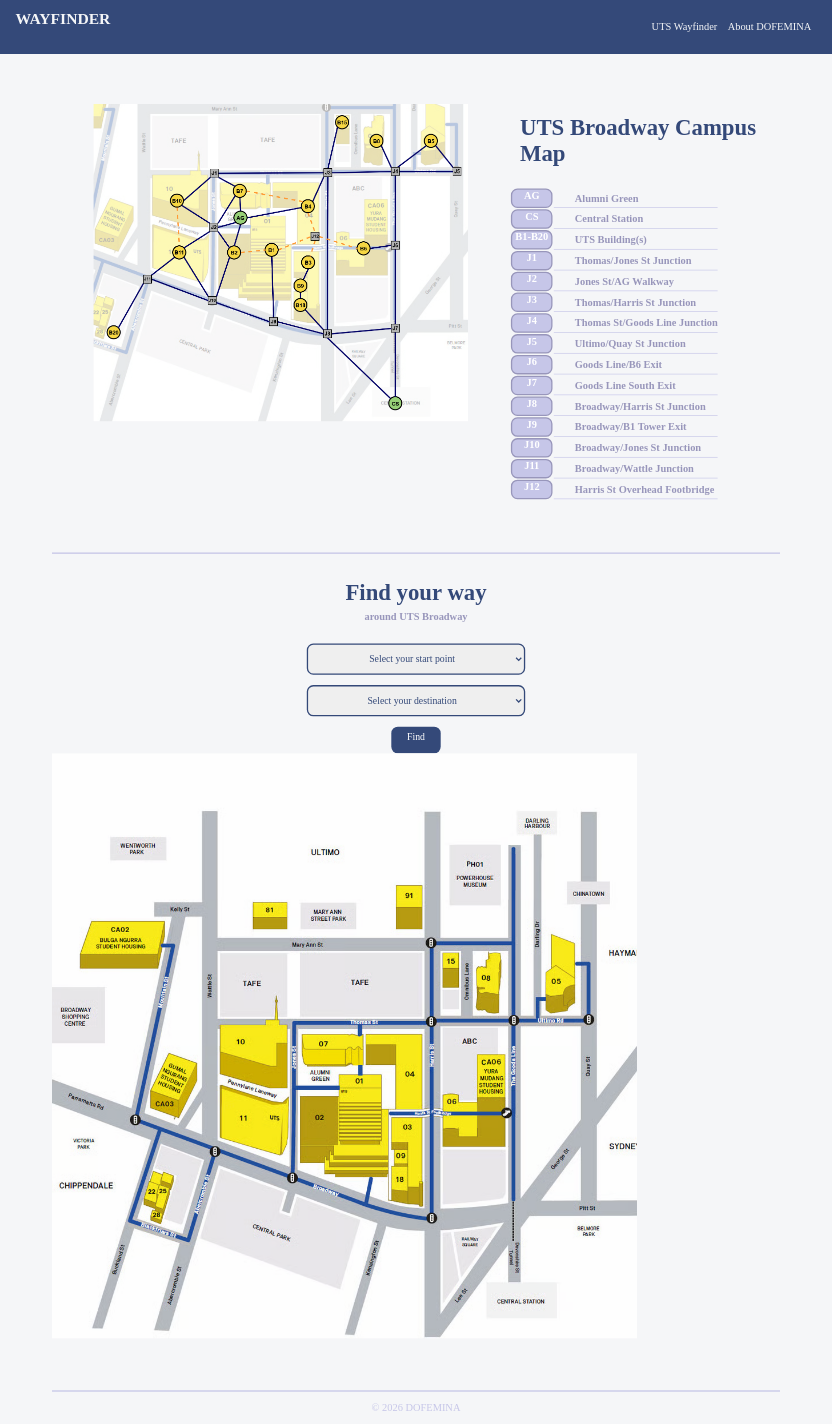
Repository: Meerab-K/uts-wayfinder
Page: html/index.html
The author's editor kept a copy of each file at every save. The page is drawn from the files as they stood at one save, then again after the next save.
The browser window is 1280 px wide. The pictures show the whole page, at 65% of full size.
Some web fonts or font styles are not loaded; a fallback is used.

Above is the page before, as saved 2026-10-19 18:48:02.

After the next save:
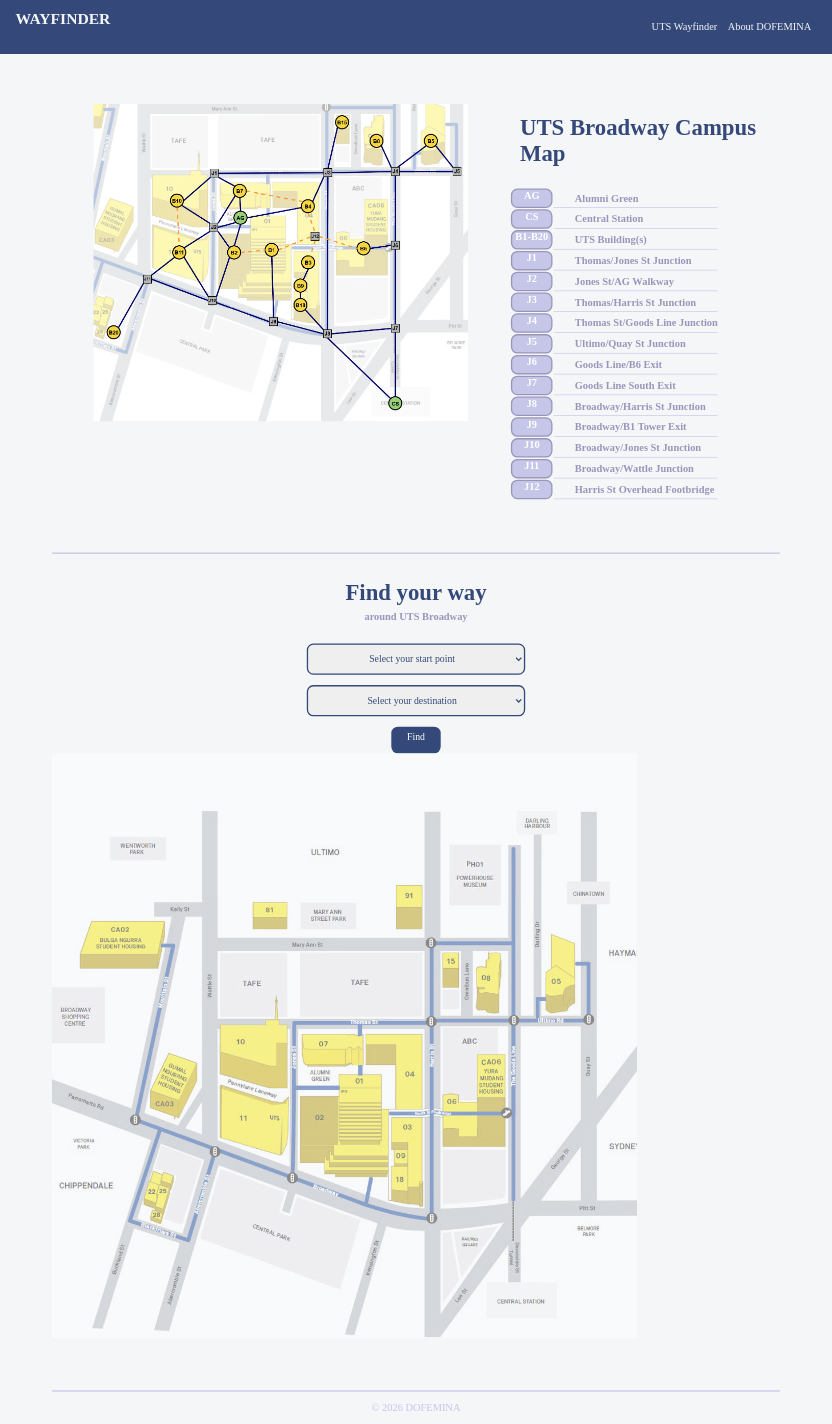
Saved 38 s later.
--- a/css/index.css
+++ b/css/index.css
@@ -92,7 +92,7 @@
     display: block;
     width: 100%;
     height: auto;
-    opacity: 1;
+    opacity: 0.5;
 }
 
 #route-overlay {
